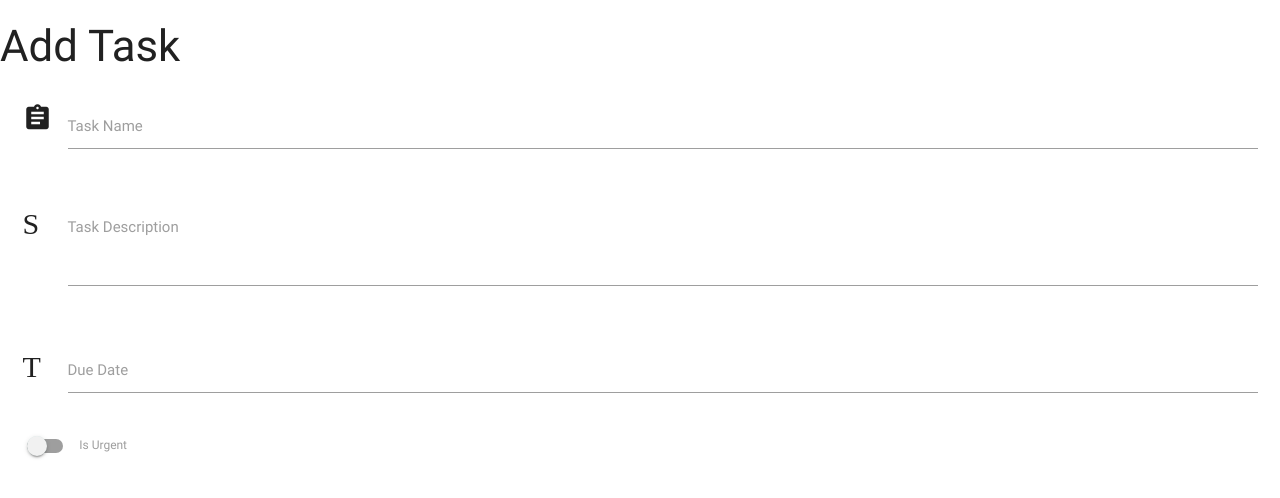
Repository: DanielJMaia/task-manager-minip
Page: http://localhost/add_task
The author's editor kept a record of every edit. The page is drawn from the files as they stood at one moment, then again after the next edit.
The browser window is 1280 px wide. The pictures show the whole page.
Some web libraries are served in a nearby version. The page is served by the project's application, run on Flask 3 (app.py).

Above is the page before.
Console error: TypeError: Cannot read properties of null (reading 'addEventListener')

After the next edit:
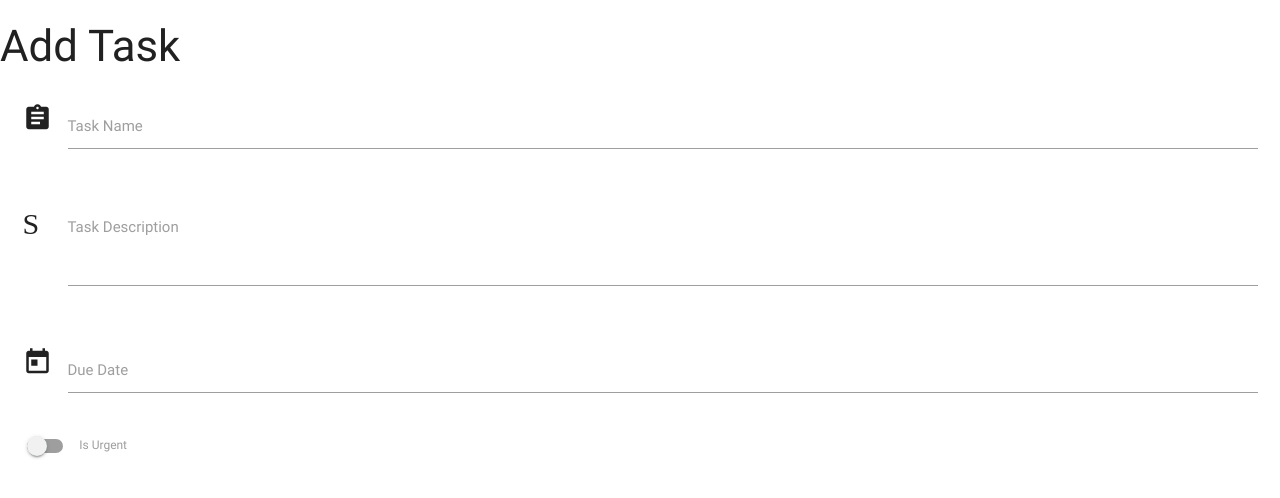
The error is gone.
The edit:
--- a/templates/addtask.html
+++ b/templates/addtask.html
@@ -18,8 +18,8 @@
             </div>
         </div>
         <div class="row">
-            <div class="input-field col s12">
-                <i class="material-icons prefix">Today</i>
+            <div class="input-field col s12" id="matfix">
+                <i class="material-icons prefix">today</i>
                 <input id="due_date" name="due_date" type="text" class="datepicker">
                 <label for="icon_prefix">Due Date</label>
             </div>
